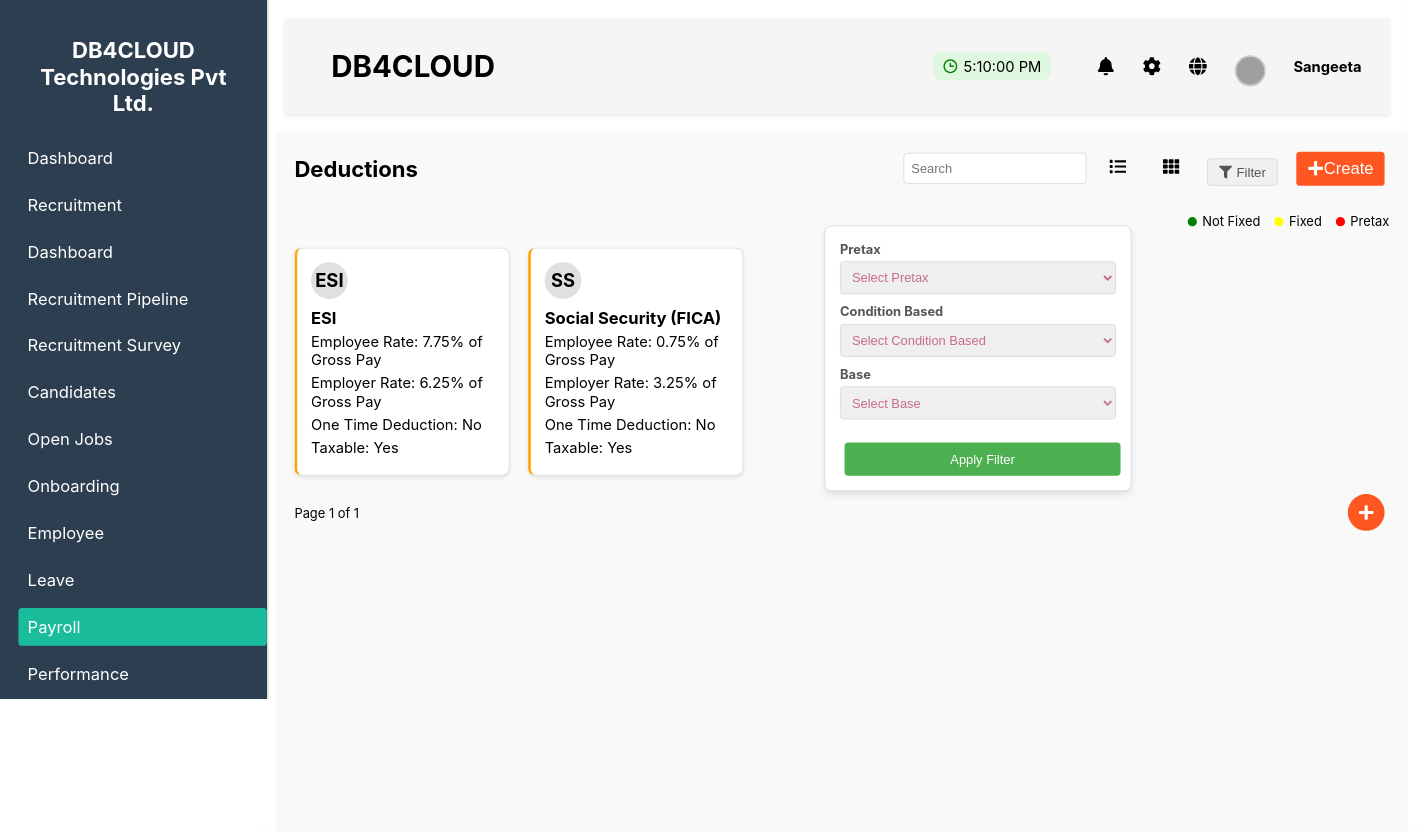
Repository: tinu-ns/Dev-code
Page: /payroll/deductions (app in HRMS-DEMO-Sang/hrms/), after clicking the first element matching `button.filter-btn`
An editor plug-in stored every save of this project. The page is shown before and after the next save, followed by the edit.
The browser window is 1280 px wide. The page is 1550 px wide, so the pictures cover 1550 px, including what lies to the right of the window. The pictures show the whole page, at 92% of full size.
Pictures or frames that could not be fetched are drawn as grey boxes. The project was rebuilt for these pictures with package versions that can differ from the ones it lists, and the page was loaded fresh each time. Also part of the build but not shown: HRMS-DEMO-Sang/hrms/src/components/Dashboard.js, HRMS-DEMO-Sang/hrms/src/components/Recruitment/RecruitmentDashboard.js, HRMS-DEMO-Sang/hrms/src/components/Recruitment/RecruitmentPipeline.js, HRMS-DEMO-Sang/hrms/src/components/Payroll/Allowances.js, HRMS-DEMO-Sang/hrms/src/components/Payroll/Contract.js, HRMS-DEMO-Sang/hrms/src/components/Payroll/Payslips.js, HRMS-DEMO-Sang/hrms/src/components/Payroll/PayrollDashboard.js, HRMS-DEMO-Sang/hrms/src/components/MainContent.css and 4 more.

Above is the page before, as saved 2024-11-11 15:28:19.

### HRMS-DEMO-Sang/hrms/src/components/Payroll/Deductions.js
import React, { useState,useRef, useEffect } from "react";
import {useNavigate} from 'react-router-dom'
import './Deductions.css'
import {
  FaList,
  FaTh,
  FaFilter,
  FaPlus,
  FaEdit,
  FaTrash
} from "react-icons/fa";

const deductionsData = [
  {
    id: 1,
    code: "ESI",
    name: "ESI",
    amount: 200.0,
    employerRate: "6.25% of Gross Pay",
    employeeRate: "7.75% of Gross Pay",
    oneTimeDeduction: "No",
    taxable: "Yes",
    fixed: false,
  },
  {
    id: 2,
    code: "SS",
    name: "Social Security (FICA)",
    amount: 1000.0,
    employerRate: "3.25% of Gross Pay",
    employeeRate: "0.75% of Gross Pay",
    oneTimeDeduction: "No",
    taxable: "Yes",
    fixed: true,
    pretax: "Yes",
  },

  // Add more allowance data here
];

const Deductions = () => {
  const [searchTerm, setSearchTerm] = useState("");
  const [view, setView] = useState("card"); // 'card' or 'list'
  const [filteredData, setFilteredData] = useState(deductionsData);
  const [isFilterVisible, setIsFilterVisible] = useState(false);
  const [filterOptions, setFilterOptions] = useState({
    taxable: "",
    condition: "",
    base: "",
  });
  const navigate = useNavigate()

  const handleCreateAllowance = () => {
    navigate('/deductions/create');
  };



  const handleSearch = (e) => {
    const term = e.target.value;
    setSearchTerm(term);
    if (term === "") {
      setFilteredData(deductionsData);
    } else {
      const filtered = deductionsData.filter((deduction) =>
        deduction.name.toLowerCase().includes(term.toLowerCase())
      );
      setFilteredData(filtered);
    }
  };

  const handleEdit = (id) => {
    alert(`Edit allowance with ID: ${id}`);
  };

  const handleDelete = (id) => {
    alert(`Delete allowance with ID: ${id}`);
  };


  const filterRef = useRef(null);

  useEffect(() => {
    const handleClickOutside = (event) => {
      if (filterRef.current && !filterRef.current.contains(event.target)) {
        setIsFilterVisible(false);
      }
    };
    document.addEventListener("mousedown", handleClickOutside);
    return () => {
      document.removeEventListener("mousedown", handleClickOutside);
    };
  }, []);


  const toggleFilterVisibility = () => {
    setIsFilterVisible(!isFilterVisible);
  };

  const handleFilterChange = (e) => {
    const { name, value } = e.target;
    setFilterOptions((prev) => ({
      ...prev,
      [name]: value,
    }));
  };

  const applyFilter = () => {
    let filtered = deductionsData;

     // Filter based on taxable
    if (filterOptions.taxable) {
      filtered = filtered.filter((deduction) => deduction.taxable === filterOptions.taxable);
    }

    // Filter based on condition (Fixed/Non-Fixed)

    if (filterOptions.condition) {
      filtered = filtered.filter((deduction) => (filterOptions.condition === "Fixed" ? deduction.fixed : !deduction.fixed));
    }

     // Apply the filtered data
    setFilteredData(filtered);
  };

  const getActiveFilters = () => {
    let activeFilters = [];
    if (filterOptions.taxable) {
      activeFilters.push(`Taxable: ${filterOptions.taxable}`);
    }
    if (filterOptions.condition) {
      activeFilters.push(`Condition: ${filterOptions.condition}`);
    }
    if (filterOptions.base) {
      activeFilters.push(`Base: ${filterOptions.base}`);
    }
    return activeFilters;
  };

  const removeFilter = (filter) => {
    if (filter.includes("Taxable")) {
      setFilterOptions((prev) => ({ ...prev, taxable: "" }));
    } else if (filter.includes("Condition")) {
      setFilterOptions((prev) => ({ ...prev, condition: "" }));
    } else if (filter.includes("Base")) {
      setFilterOptions((prev) => ({ ...prev, base: "" }));
    }
  };


  return (
    <div className="deduction-container">
      <header className="deduction-header">
        <h2>Deductions</h2>
        <div className="controls">
          <input
            type="text"
            placeholder="Search"
            value={searchTerm}
            onChange={handleSearch}
            className="search-input"
          />
          <button
            className={`view-toggle ${view === "list" ? "active" : ""}`}
            onClick={() => setView("list")}
          >
            <FaList />
          </button>
          <button
            className={`view-toggle ${view === "card" ? "active" : ""}`}
            onClick={() => setView("card")}
          >
            <FaTh />
          </button>
          <button className="filter-btn" onClick={toggleFilterVisibility}>
            <FaFilter /> Filter
          </button>
          <button className="create-btn" onClick={handleCreateAllowance}>
            <FaPlus /> Create
          </button>
        </div>
      </header>

       {/* Display active filters as tags */}
       <div className="active-filters">
        {getActiveFilters().map((filter, index) => (
          <span key={index} className="filter-tag">
            {filter} <button onClick={() => removeFilter(filter)}>x</button>
          </span>
        ))}
      </div>

      {isFilterVisible && (
        <div className="filter-popup" ref={filterRef}>
          <div className="filter-form">
            <div className="filter-row">
              <label>Pretax</label>
              <select
                name="taxable"
                onChange={handleFilterChange}
                value={filterOptions.taxable}
              >
                <option value="">Select Pretax</option>
                <option value="Yes">Yes</option>
                <option value="No">No</option>
              </select>
            </div>
            <div className="filter-row">
              <label>Condition Based</label>
              <select
                name="condition"
                onChange={handleFilterChange}
                value={filterOptions.condition}
              >
                <option value="">Select Condition Based</option>
                <option value="Fixed">Yes</option>
                <option value="Non-Fixed">No</option>
              </select>
            </div>
            <div className="filter-row">
              <label>Base</label>
              <select
                name="base"
                onChange={handleFilterChange}
                value={filterOptions.base}
              >
                <option value="">Select Base</option>
                <option value="Monthly">Basic Pay</option>
                <option value="Hourly">Gross Pay</option>
                <option value="Hourly">Taxable Gross Pay</option>
                <option value="Hourly">Net Pay</option>
              </select>
            </div>
            <button onClick={applyFilter}>Apply Filter</button>
          </div>
        </div>
      )}



      <div className="status-indicators">
        <span className="dot not-fixed">Not Fixed</span>
        <span className="dot fixed">Fixed</span>
        <span className="dot taxable">Pretax</span>
      </div>

      {view === "card" ? (
        <div className="card-view">
          {filteredData.map((deduction) => (
            <div className="allowance-card" key={deduction.id}>
              <div className="card-icon">{deduction.code}</div>
              <div className="card-content">
                <h3>{deduction.name}</h3>
                <p>Employee Rate: {deduction.employeeRate}</p>
                <p>Employer Rate: {deduction.employerRate}</p>
                <p>One Time Deduction: {deduction.oneTimeDeduction}</p>
                <p>Taxable: {deduction.taxable}</p>
              </div>
            </div>
          ))}
        </div>
      ) : (
        <div className="list-view">
           <div className="table-container">
          <table>
            <thead>
              <tr>
              <th className="sticky-column">Deductions</th>
                  <th className="scrollable-column">Specific Employees</th>
                  <th className="scrollable-column">Excluded Employees</th>
                  <th className="scrollable-column">Is Pretax</th>
                  <th className="scrollable-column">Is Condition Based</th>
                  <th className="scrollable-column">Condition</th>
                  <th className="scrollable-column">Is Fixed</th>
                  <th className="scrollable-column">Amount</th>
                  <th className="scrollable-column">Based On</th>
                  <th className="scrollable-column">Rate</th>
                  <th className="sticky-column">Action</th>
              </tr>
            </thead>
            <tbody>
              {filteredData.map((deduction) => (
                <tr key={deduction.id}>
                  <td className="sticky-column">{deduction.name}</td>
                  <td>-</td>
                  <td>-</td>
                  <td>{deduction.taxable}</td>
                  <td>No</td>
                  <td>-</td>
                  <td>{deduction.fixed ? "Yes" : "No"}</td>
                  <td>{deduction.amount}</td>
                  <td>-</td>
                  <td>-</td>
                  <td className="sticky-column">
                    <button
                      className="edit-btn"
                      onClick={() => handleEdit(deduction.id)}
                    >
                      <FaEdit />
                    </button>
                    <button
                      className="delete-btn"
                      onClick={() => handleDelete(deduction.id)}
                    >
                      <FaTrash />
                    </button>
                  </td>
                </tr>
              ))}
            </tbody>
          </table>
        </div>
        </div>
      )}

      <footer className="footer">
        <span>Page 1 of 1</span>
        <button className="add-btn">
          <FaPlus />
        </button>
      </footer>
    </div>
  );
};

export default Deductions;

### HRMS-DEMO-Sang/hrms/src/App.css
.app{
  display: flex;
  height: 100vh;
  background-color: #f4f4f4;
  width: 100vw;
  padding-left: 250px;
}

.content-container{
  flex-grow: 1;
  padding: 20px;
  background-color: #fff;        /**/
  display: flex;
  flex-direction: column;
  width: calc(100% - 250px); /* Adjust width to account for sidebar */
}

.main-section{
  display: flex;
  justify-content: space-between;
  padding: 20px;
  width: 100%;
  height: 100%;
  flex-grow: 1;

}


.sidebar {
  width: 250px;
  background-color: #2c3e50;
  position: fixed;
  height: 100vh;
  flex-shrink: 0;
  position: fixed;
  left: 0;
  top: 0;
}

### HRMS-DEMO-Sang/hrms/src/components/Sidebar.css
 .container{
    display: flex;
    height: 100vh;
    margin-right: 10px;
}

/*
.content{
    flex-grow: 1;
    padding: 20px;
    padding-left: 50px;

}  */

.sidebar {
    width: 200px;
    height: 100vh;
    background-color: #503f2c;
    padding: 20px;
    color: white;
    height: 100vh;
    position: fixed;
    top: 0;
    left: 0;
    border-right: 2px solid #ddd;
    overflow-y: auto;        /* Allows vertical scrolling */
    margin-right: 200px;
    z-index: 1000;

  }



  .sidebar h2{
    text-align: center;
    margin-bottom: 30px;
    font-size: 24px;
  }

  .sidebar-list{
    list-style-type: none;
    padding: 0;
  }


  .sidebar-list li{
    margin-bottom: 15px;
  }

  .sidebar-list li a {
    color: white;
    text-decoration: none;
    font-size: 18px;
    padding: 10px;
    border-radius: 4px;
    display: block;
  }

  .sidebar-list li a:hover{
    color: #1abc9c;
  }

  .sidebar-list li a.active{
    background-color: #1abc9c;
    color: white;
  }

  .sidebar {
    width: 250px;
    background-color: #2E3A46;
    color: #FFF;
    padding: 20px;
    height: 100vh;
  }

  .sidebar h2 {
    font-size: 1.5em;
    margin-bottom: 1em;
  }

  .sidebar ul {
    list-style: none;
    padding: 0;
  }

  .sidebar li {
    margin: 10px 0;
  }

  .sidebar li ul {
    margin-top: 5px;
  }

  .sidebar a {
    color: #FFF;
    text-decoration: none;
  }

  .sidebar a:hover {
    text-decoration: underline;
  }

  .sidebar a.active {
    color: #20c997;
  }

  .sidebar ul li a:hover, .menu-toggle:hover {
    background-color: #34495e;
  }

  .menu-toggle {
    background: none;
    border: none;
    color: #ecf0f1;
    font-size: 1rem;
    text-align: left;
    cursor: pointer;
    width: 100%;
    padding: 10px;
  }

  .submenu {
    list-style-type: none;
    padding-left: 20px;
  }

  .submenu li a {
    padding-left: 20px;
    font-size: 0.9rem;
  }

### HRMS-DEMO-Sang/hrms/src/components/Recruitment/RecruitmentPipeline.css
.pipeline-container {
    padding: 20px;
    background-color: #f5f5f5;
    border-radius: 8px;
  }

  .pipeline-section {
    margin-top: 20px;
  }

  .pipeline-section h3 {
    background-color: #f8f9fa;
    padding: 10px;
    border-left: 5px solid #ffa500;
  }

  .recruitment-table {
    width: 100%;
    border-collapse: collapse;
  }

  .recruitment-table th,
  .recruitment-table td {
    padding: 10px;
    border-bottom: 1px solid #ddd;
    text-align: left;
  }

  .recruitment-table th {
    background-color: #f1f1f1;
  }

  button {
    padding: 5px 10px;
    margin: 0 5px;
    border: none;
    border-radius: 4px;
    cursor: pointer;
  }

  button:hover {
    background-color: #ddd;
  }

### HRMS-DEMO-Sang/hrms/src/components/Header.css
.bg-container{
  padding-left: 30px;

}

.header {
    background-color: #f5f5f5;
    padding: 10px 20px;
    display: flex;
    justify-content: space-between;
    align-items: center;
    box-shadow: 0px 2px 5px rgba(0, 0, 0, 0.1);
  }

  .header-left {
    display: flex;
    align-items: center;
  }

  .menu-button {
    font-size: 24px;
    background: none;
    border: none;
    cursor: pointer;
  }

  .h1{
    margin-left: 15px;
    font-size: 24px;
    color: red! important ;
  }

  .header-right{
    display: flex;
    align-items: center;
  }

  .icon{
    margin-left: 20px;
    font-size: 20px;
    cursor: pointer;
  }

  .time-box {
    display: flex;
    align-items: center;
    background-color: #e0f7e0;
    padding: 5px 10px;
    border-radius: 8px;
    margin-right: 20px;
  }

  .time-icon {
    margin-right: 5px;
    font-size: 18px;
    color: green;
  }

  .user-profile{
    display: flex;
    align-items: center;
    cursor: pointer;
    position: relative;
  }

  .user-avatar{
    padding: 20px;
  }

  .avatar{
    width: 40px;
    height: 40px;
    background-color: #d4d4d4;
    border-radius: 50%;
    display: flex;
    justify-content: center;
    align-items: center;
    font-size: 18px;
    color: white;
    margin-right: 10px;

  }

  .user-name{
    font-weight: bold;
  }

  .dropdown{
    position: absolute;
    top: 50px;
    right: 0;
    background-color: #fff;
    box-shadow: 0px 2px 8px rgba(0, 0, 0, 0.1);
    border-radius: 5px;
    z-index: 100;
  }

  .dropdown ul {
    list-style-type: none;
    padding: 10px;
    margin: 0;
  }

  .dropdown ul li {
    padding: 10px 15px;
    cursor: pointer;
  }

  .dropdown ul li:hover {
    background-color: #f5f5f5;
  }

  .user-info {
    display: flex;
    align-items: center;
  }

  .user-name {
    margin-right: 10px;
  }

### HRMS-DEMO-Sang/hrms/src/components/Payroll/CreateAllowance.css

.main-container{
    border: 1.5px solid rgb(246, 235, 235);
    padding: 20px;
    max-width: 700px;
    margin: 40px auto;
    background-color: #ffffff;
    box-shadow: 0 4px 10px rgba(0, 0, 0, 0.1);
    border-radius: 8px;
    height: 130vh;
  }

.create-allowance-container {
    padding: 30px;
    max-width: 700px;
    margin: 40px auto;
    background-color: #ffffff;
    border-radius: 8px;
    border: 1.5px solid rgb(216, 212, 212);

  }


  .create-allowance-container h2 {
    text-align: start;
    color: #333;
    font-size: 1.8rem;
    margin-bottom: 20px;

  }

  .create-allowance-container hr{
    margin-bottom: 30px;
  }

  .form-row {
    display: flex;
    justify-content: space-between;
    gap: 20px;
    margin-bottom: 20px;
  }

  .form-group {
    flex: 1;
  }

  .form-group.half-width {
    flex: 0.5;
  }

  .form-group label {
    display: flex;
    align-items: center;
    font-weight: 600;
    color: black;
    margin-bottom: 5px;
    font-size: 15px;
  }

  .form-group label span {
    color: #ff4d4d;
    margin-left: 4px;
  }

  .info-icon {
    margin-left: 5px;
    color: #888;
    cursor: help;
    font-size: 0.85rem;
  }

  input[type="text"],
  input[type="date"],
  input[type="number"],
  select {
    width: 100%;
    padding: 8px;
    border: 1px solid #ddd;
    border-radius: 4px;
    font-size: 1rem;
    font-size: 14px;
    color: rgb(199, 108, 137);

  }

  .filter-btn {
    background-color: #f0f0f0;
    color: #555;
    padding: 6px 12px;
    border: 1px solid #ddd;
    border-radius: 4px;
    font-size: 0.9rem;
    cursor: pointer;
    margin-top: 8px;
  }

  .filter-icons {
    display: flex;
    gap: 5px;
    margin-top: 8px;
    justify-content: end;
    padding: 6px;
  }

  .small-filter-icon {
    font-size: 1.2rem;
    color: orangered;
    text-align: end;
  }

  .filter-span{
    color: orangered;
  }

  /* Toggle Switch */
  .toggle-switch {
    position: relative;
    display: inline-block;
    width: 40px;
    height: 20px;
    margin-top: 8px;
  }

  .toggle-switch input {
    opacity: 0;
    width: 0;
    height: 0;
  }

  .slider {
    position: absolute;
    cursor: pointer;
    top: 0;
    left: 0;
    right: 0;
    bottom: 0;
    background-color: rgb(219, 198, 198);
    transition: 0.4s;
    border-radius: 20px;
  }

  .slider:before {
    position: absolute;
    content: "";
    height: 16px;
    width: 16px;
    left: 2px;
    bottom: 2px;
    background-color: white;
    transition: 0.4s;
    border-radius: 50%;
  }

  input:checked + .slider {
    background-color: orangered;
  }

  input:checked + .slider:before {
    transform: translateX(15px);
  }

  .condition-options{
    font-size: 12px;
    color: rgb(151, 146, 146);
  }

  /* Multi-select box and tag styles */
.multi-select-box {
    display: flex;
    flex-wrap: wrap;
    align-items: center;
    gap: 5px;
    border: 1px solid #ddd;
    padding: 5px;
    border-radius: 4px;
    background-color: #f9f9f9;
  }

  .tag {
    display: flex;
    align-items: center;
    background-color: #a8b4c0;
    color: #ffffff;
    border-radius: 12px;
    padding: 5px 10px;
    font-size: 0.9rem;
    margin: 3px;
  }

  .remove-tag {
    margin-left: 8px;
    cursor: pointer;
    font-weight: bold;
    font-size: 1.1rem;
  }

  /* Avatar styling for selected employee */
.avatar-container{
    display: flex;
  }
.avatar {
    margin-top: 10px;
    display: flex;
    justify-content: center;
    align-items: center;
    width: 30px;
    height: 30px;
    background-color: #b5b0b0;
    border-radius: 50%;
    font-size: 13px;
    font-weight: bold;
    color: #ffffff;
    text-transform: uppercase;
    border: 2px solid #ccc;
  }

  .avatar-text {
    text-align: center;
    line-height: 40px; /* Centers text vertically */
  }

  /* Modal Styling */
.modal {
    position: fixed;
    top: 0;
    left: 0;
    right: 0;
    bottom: 0;
    background: rgba(0, 0, 0, 0.5);
    display: flex;
    align-items: center;
    justify-content: center;
    z-index: 1000;
  }

  .modal-content {
    background: white;
    width: 500px;
    padding: 20px;
    border-radius: 8px;
    position: relative;
  }

  .close-modal {
    position: absolute;
    top: 10px;
    right: 10px;
    background: transparent;
    border: none;
    font-size: 1.5em;
    cursor: pointer;
  }

  .search-bar {
    width: 100%;
    padding: 10px;
    margin-bottom: 15px;
    border: 1px solid #ddd;
    border-radius: 5px;
  }

  .employee-list {
    max-height: 200px;
    overflow-y: auto;
    padding: 5px;
  }

  .employee-item {
    display: flex;
    align-items: center;
    justify-content: space-between;
    padding: 8px;
    border-bottom: 1px solid #eee;
  }

  .employee-item .avatar {
    width: 30px;
    height: 30px;
    background-color: #007bff;
    color: white;
    display: flex;
    align-items: center;
    justify-content: center;
    border-radius: 50%;
    margin-right: 10px;
  }

  .add-employee {
    background-color: #28a745;
    color: white;
    border: none;
    padding: 5px 10px;
    border-radius: 5px;
    cursor: pointer;
  }

  .add-employee:hover {
    background-color: #218838;
  }

  .save-btn-container {
    display: flex;
    justify-content: flex-end;
    align-items: center;
    flex: 0.5;
  }

  .save-btn {
    padding: 12px 20px;
    background-color: #007bff;
    color: #ffffff;
    border: none;
    border-radius: 4px;
    font-size: 1.2rem;
    font-weight: bold;
    cursor: pointer;
    transition: background-color 0.3s;
  }

  .save-btn:hover {
    background-color: #0056b3;
  }

  @media (max-width: 600px) {
    .form-row {
      flex-direction: column;
    }
  }

Loaded but not shown: HRMS-DEMO-Sang/hrms/public/index.html (common file); HRMS-DEMO-Sang/hrms/src/index.js (common file); HRMS-DEMO-Sang/hrms/src/index.css (common file); HRMS-DEMO-Sang/hrms/src/reportWebVitals.js (common file); HRMS-DEMO-Sang/hrms/src/components/Sidebar.js (102 lines, source omitted); HRMS-DEMO-Sang/hrms/src/components/Header.js (91 lines, source omitted); HRMS-DEMO-Sang/hrms/src/App.js (55 lines, source omitted); HRMS-DEMO-Sang/hrms/src/components/Payroll/PayrollDashboard.css (359 lines, source omitted); HRMS-DEMO-Sang/hrms/src/components/Payroll/Allowances.css (356 lines, source omitted); HRMS-DEMO-Sang/hrms/src/components/Payroll/Deductions.css (356 lines, source omitted); HRMS-DEMO-Sang/hrms/src/components/Payroll/Contract.css (341 lines, source omitted)

After the next save:
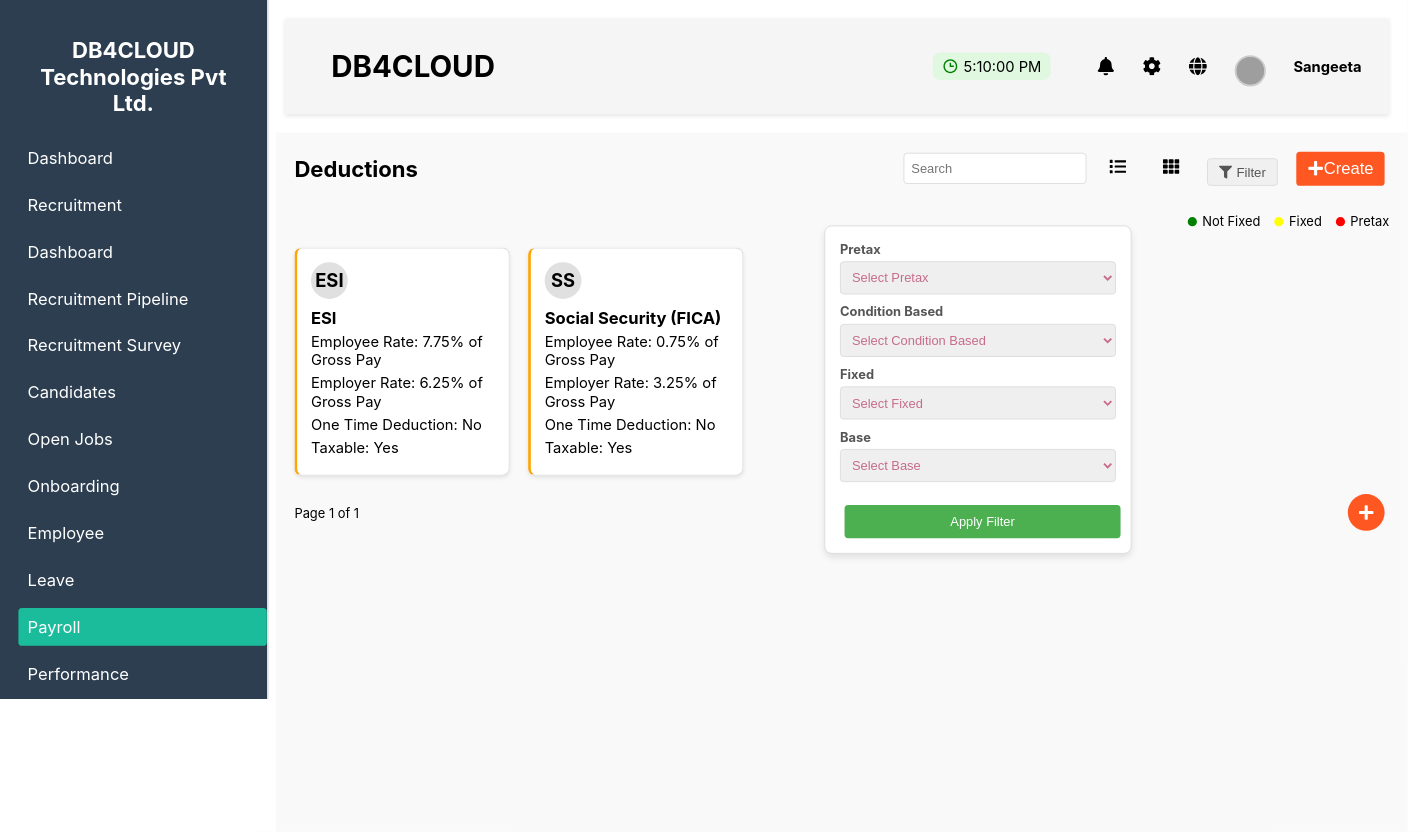
Saved 2 min 34 s later.
--- a/HRMS-DEMO-Sang/hrms/src/components/Payroll/Deductions.js
+++ b/HRMS-DEMO-Sang/hrms/src/components/Payroll/Deductions.js
@@ -217,6 +217,20 @@ const Deductions = () => {
                 <option value="Non-Fixed">No</option>
               </select>
             </div>
+
+            <div className="filter-row">
+              <label>Fixed</label>
+              <select
+                name="condition"
+                onChange={handleFilterChange}
+                value={filterOptions.condition}
+              >
+                <option value="">Select Fixed</option>
+                <option value="Fixed">Yes</option>
+                <option value="Non-Fixed">No</option>
+              </select>
+            </div>
+
             <div className="filter-row">
               <label>Base</label>
               <select
